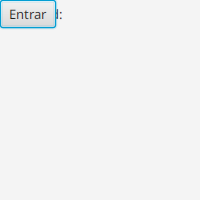
Repository: angelalvess/java-fx
Program's window: java javafx/src/fxml/AppFXML.java
An editor plug-in stored every save of this project. The program's window is shown before and after the next save, followed by the edit.
It runs on Java 21 on a 1366 x 768 screen with JavaFX 11; the title bar is not drawn.

Above is the program's window before, as saved 2025-02-03 15:01:24.

After the next save:
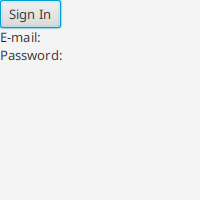
Saved 3 min 21 s later.
--- a/javafx/src/fxml/Login.fxml
+++ b/javafx/src/fxml/Login.fxml
@@ -5,8 +5,11 @@
 
 <GridPane xmlns:fx="http://javafx.com/fxml/1">
 
-	<Label text="Welcome" ></Label>
-	<Label text="E-mail: " ></Label>
-	<Label text="Password: " ></Label>
-	<Button text="Entrar" ></Button>
+	<Label text="Welcome"
+	 GridPane.columnIndex="0" GridPane.rowIndex="0"
+	 ></Label>
+
+	<Label text="E-mail: "  GridPane.columnIndex="0" GridPane.rowIndex="1" ></Label>
+	<Label text="Password: "  GridPane.columnIndex="0" GridPane.rowIndex="2" ></Label>
+	<Button text="Sign In" ></Button>
 </GridPane>
